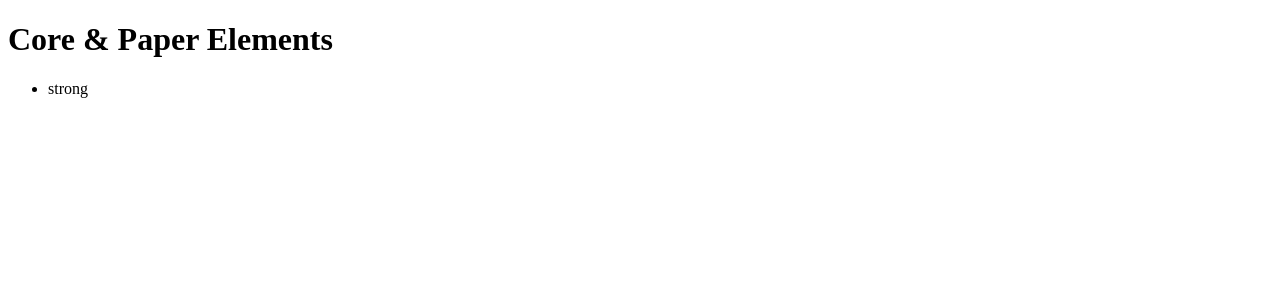
Repository: DirkJohnson/polymer-experiment
Page: index.html
The author's editor kept a record of every edit. The page is drawn from the files as they stood at one moment, then again after the next edit.
The browser window is 1280 px wide. The pictures show the whole page.

Above is the page before.

### index.html
<!DOCTYPE html>
 <html>
  <head>
   <!-- 1. Load web-animations.js for polyfill support. -->
    <script src="bower_components/web-animations-js/web-animations.dev.js"></script>
   <!-- 2. Use an HTML Import to bring in the element. -->
    <link rel="import" href="bower_components/core-ajax/core-ajax.html">
    <link rel="import" href="bower_components/core-input/core-input.html">
    <link rel="import" ahref="bower_components/paper-input/paper-input.html">
  </head>
  <body>
    <h1>Core & Paper Elements</h1>
<ul>
  <li>strong<Basic Text Input : Core</strong>
    <core-input id="single" placeholder="Type something..."></core-input>
  </li>
</ul>
  </body>
</html>

Loaded but not shown: bower_components/web-animations-js/web-animations.dev.js (common file); bower_components/web-animations-js/target-config.js (library); bower_components/web-animations-js/target-loader.js (common file); bower_components/web-animations-js/src/scope.js (common file); bower_components/web-animations-js/src/timing-utilities.js (library); bower_components/web-animations-js/src/normalize-keyframes.js (library); bower_components/web-animations-js/src/animation-node.js (common file); bower_components/web-animations-js/src/effect.js (library); bower_components/web-animations-js/src/property-interpolation.js (common file); bower_components/web-animations-js/src/animation.js (common file); bower_components/web-animations-js/src/apply-preserving-inline-style.js (library); bower_components/web-animations-js/src/element-animatable.js (common file); bower_components/web-animations-js/src/interpolation.js (common file); bower_components/web-animations-js/src/matrix-interpolation.js (library); bower_components/web-animations-js/src/player.js (library); bower_components/web-animations-js/src/tick.js (library); bower_components/web-animations-js/src/matrix-decomposition.js (library); bower_components/web-animations-js/src/handler-utils.js (library); bower_components/web-animations-js/src/shadow-handler.js (library); bower_components/web-animations-js/src/number-handler.js (common file); bower_components/web-animations-js/src/visibility-handler.js (common file); bower_components/web-animations-js/src/color-handler.js (common file); bower_components/web-animations-js/src/dimension-handler.js (library); bower_components/web-animations-js/src/box-handler.js (common file); bower_components/web-animations-js/src/transform-handler.js (library); bower_components/web-animations-js/src/font-weight-handler.js (common file); bower_components/web-animations-js/src/position-handler.js (library); bower_components/web-animations-js/src/shape-handler.js (library); bower_components/web-animations-js/src/property-names.js (common file)

After the next edit:
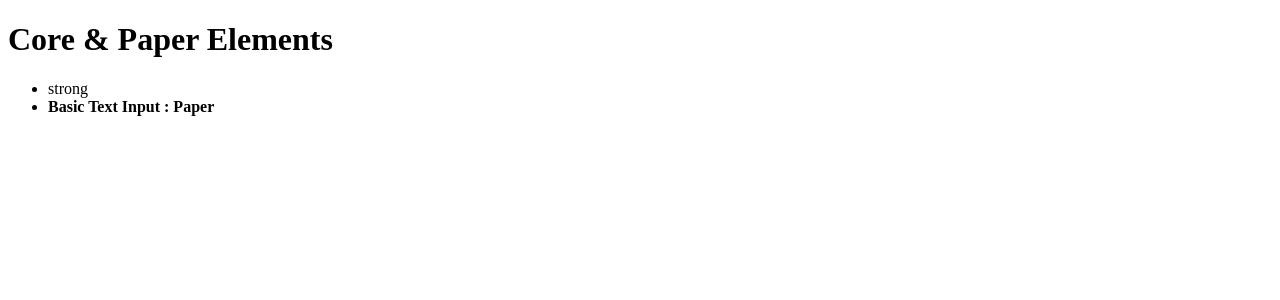
The edit:
--- a/index.html
+++ b/index.html
@@ -14,6 +14,10 @@
   <li>strong<Basic Text Input : Core</strong>
     <core-input id="single" placeholder="Type something..."></core-input>
   </li>
+  <li>
+  <strong>Basic Text Input : Paper</strong>
+  <paper-input label="Type Something" layout vertical></paper-input>
+</li>
 </ul>
   </body>
 </html>
